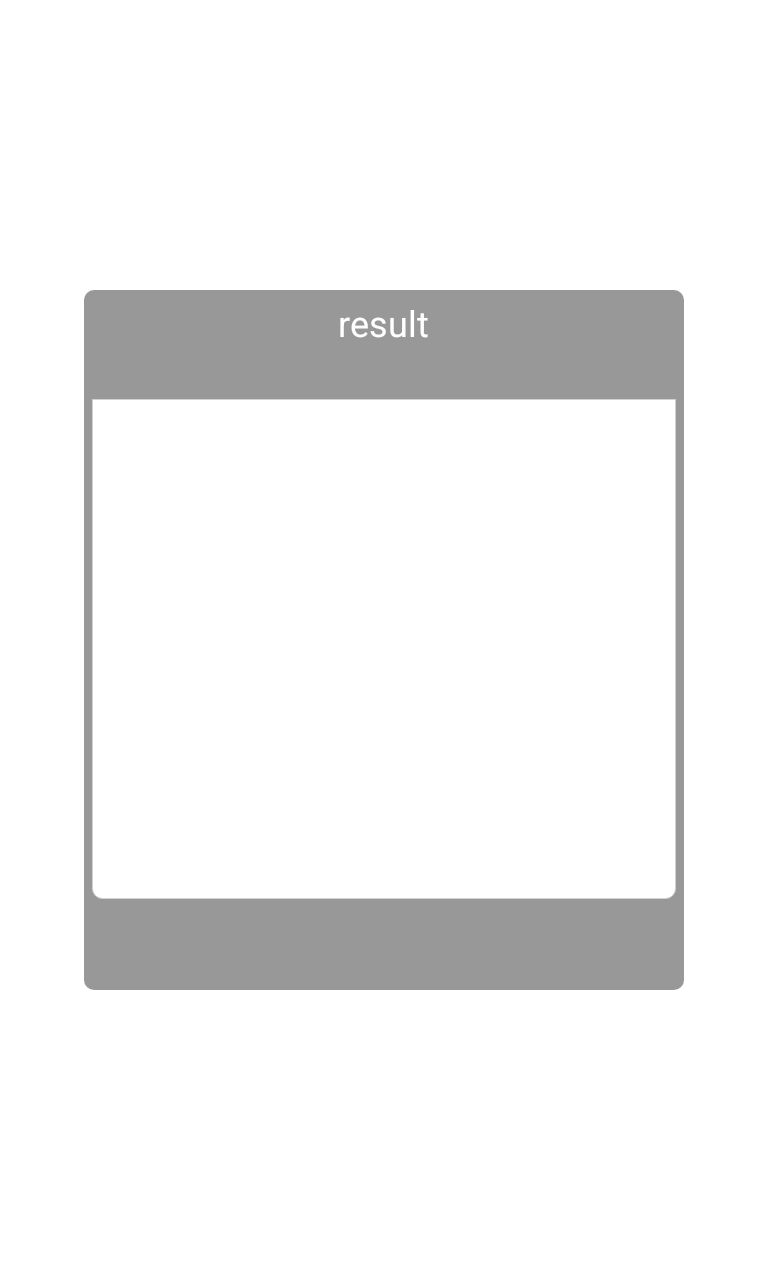
Repository: Kitsopappas/QBIReader
Layout: QBIReader/res/layout/activity_res.xml
The author's editor kept a copy of each file at every save. The layout is drawn from the files as they stood at one save, then again after the next save.
It is drawn on a 768 x 1280 px phone screen (xhdpi) without system bars, with theme android:Theme.Translucent.NoTitleBar; the app's code is not run.

Above is the layout before, as saved 2015-03-19 15:19:11.

After the next save:
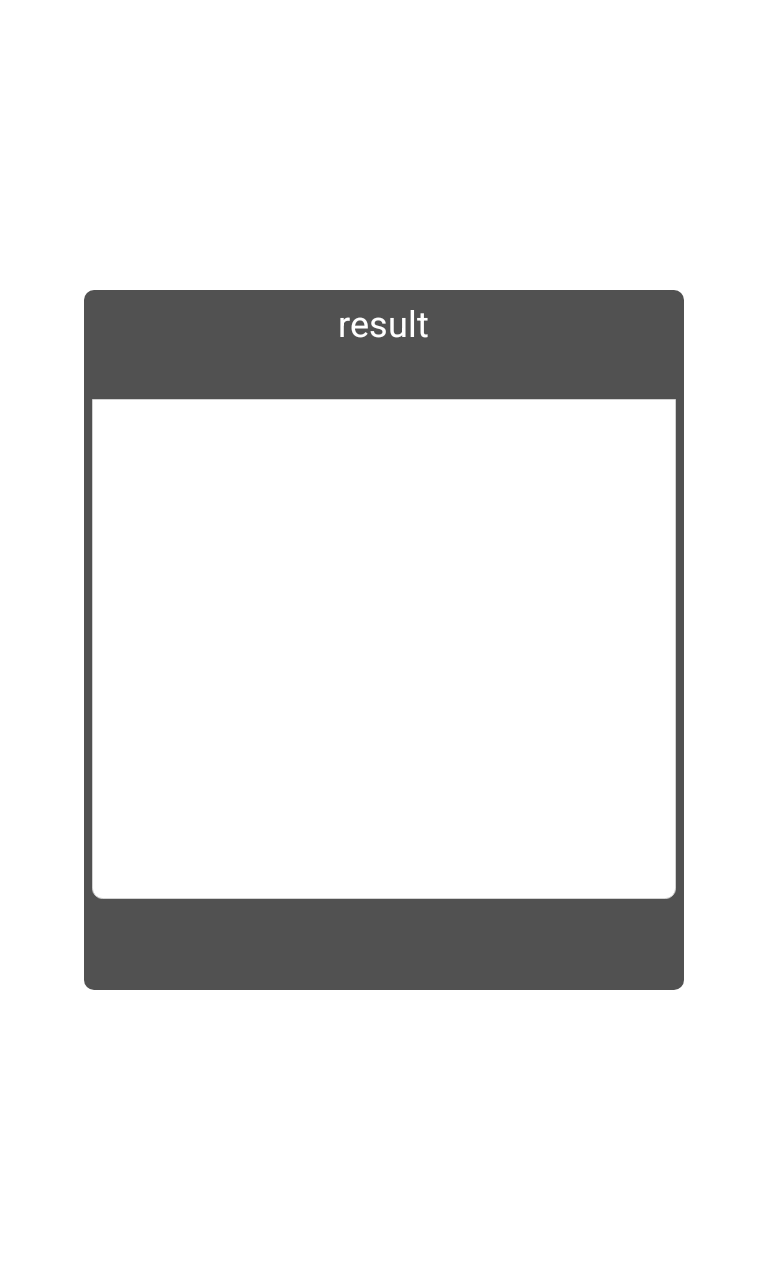
Saved 62 s later.
--- a/QBIReader/res/drawable/rounded_panel.xml
+++ b/QBIReader/res/drawable/rounded_panel.xml
@@ -8,7 +8,7 @@
         </shape>
     </item>
     <!-- view background color -->
-    <solid android:color="#D9868686" >
+    <solid android:color="#D9333333" >
     </solid>
 
 
